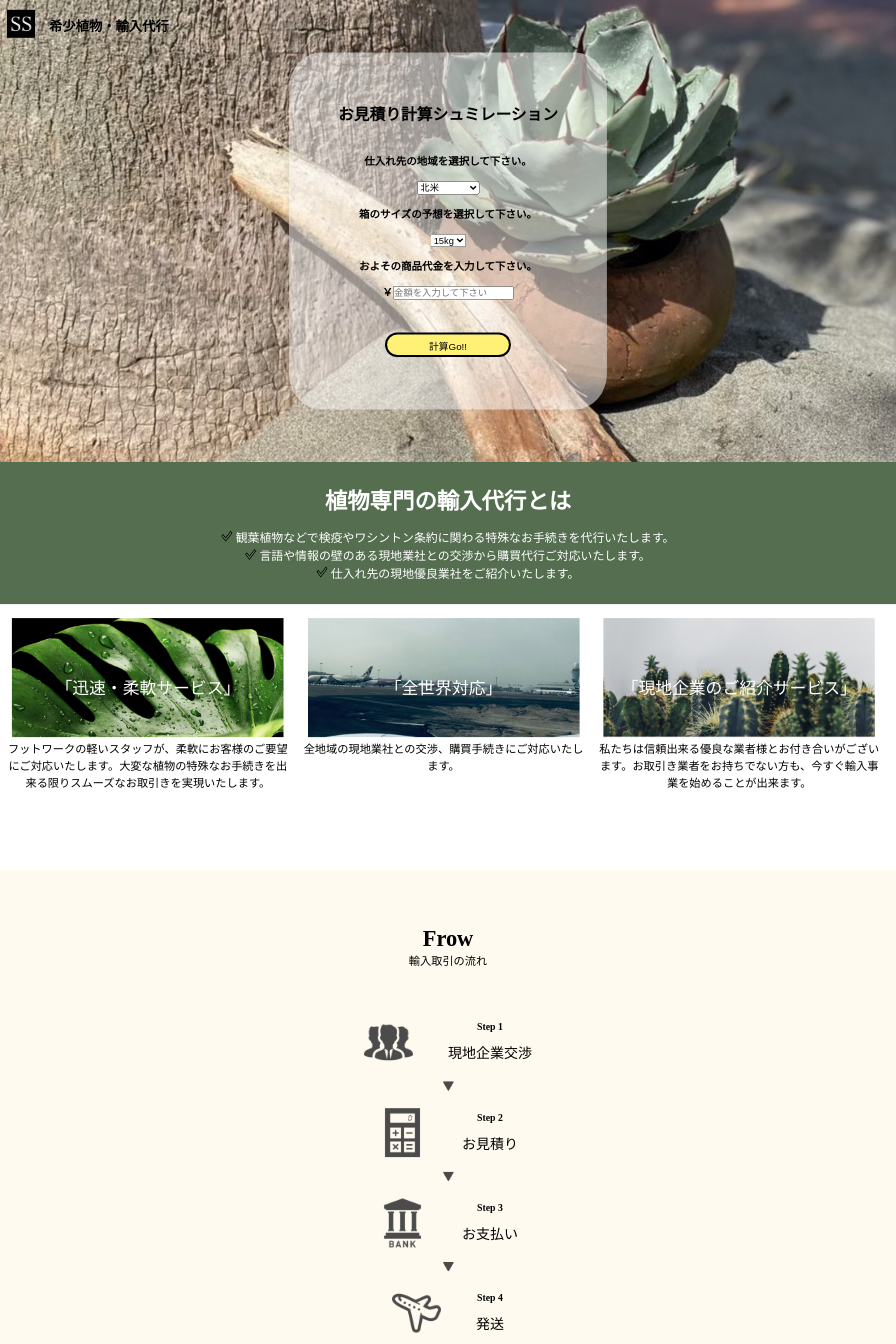
Repository: Seiya00002/seeds-surf-lp
Page: index.html
These files come from the project's save history. The page is drawn as it stood at one moment and after the next save; the edit follows.
The browser window is 1280 px wide. The pictures show the part of the page from y = 0 to 1920 px (the page is 4263 px tall before and 3603 px after), at 70% of full size.

Above is the page before, as saved 2023-07-19 08:26:50.

### index.html
<!DOCTYPE html>
<html lang="ja">
<head>
    <meta charset="UTF-8">
    <meta http-equiv="X-UA-Compatible" content="IE=edge">
    <meta name="viewport" content="width=device-width, initial-scale=1.0">
    <title>輸入代行SEEDS SURF</title>
    <link rel="stylesheet" href="css/style.css">
</head>
<body>
    <header>
        <div class="header_left">
            <img src="img/sslogo.jpg"
                alt="logo"
                width="40"
                height="40"
                class="logo">
            <h1>希少植物・輸入代行</h1>

        </div>
        <!-- <div class="header_right">
            <img src="img/tel_logo.png"
                alt="tel_logo"
                width="35"
                height="35"
                class="tel_logo">
            <div class="header_contact">
                <h2>090-3048-2693</h2>
                <p>（平日9:00 ~ 18:00）</p>
            </div>
        </div> -->
    </header>

    <main>
        <div class="top_wrapper">
            <div class="container">
                <div class="hero_message">
                    <div class="calculation-app">
                        <h2>お見積り計算シュミレーション</h2>

                            <p>仕入れ先の地域を選択して下さい。</p>
                            <form name="form1">
                                <select name="place">
                                    <option value="1.3">北米</option>
                                    <option value="1.2">ヨーロッパ</option>
                                    <option value="1">アジア</option>
                                </select>
                            </form>

                            <p>箱のサイズの予想を選択して下さい。</p>
                            <form name="form2">
                                <select name="box">
                                    <option value="18350">15kg</option>
                                    <option value="13350">10kg</option>
                                    <option value="8150">5kg</option>
                                </select>
                            </form>
                            <p>およその商品代金を入力して下さい。</p>
                            <label>￥</label><input
                            type="text"
                            id="price"
                            value=""
                            placeholder="金額を入力して下さい"
                            maxlength="7"
                            size="19"
                            ></label>

                            <br>
                            <br>
                            <div class="btn-box">
                                <button id="button">計算Go!!</button>
                            </div>
                    </div>
                </div>
            </div>
        </div>


        <!-- 見積り表 -->
    <div id="estimate_table" class="estimate_wrapper">
        <div class="container">
            <h3>予想お見積り表</h3>
            <table align="center" class="estimate">
                <tr>
                    <th>商品代金</th>
                    <td>¥<span id="span2"></span></td>
                </tr>
                <tr>
                    <th>検疫手数料</th>
                    <td>¥<span id="span3"></span></td>
                </tr>
                <tr>
                    <th>送料</th>
                    <td>¥<span id="span4"></span></td>
                </tr>
                <tr>
                    <th>弊社代行手数料</th>
                    <td>¥<span id="span5"></span></td>
                </tr>
                <tr>
                    <th>海外送金手数料</th>
                    <td>¥<span id="span6"></span></td>
                </tr>
                <tr>
                    <th>税金</th>
                    <td>¥<span id="span7"></span></td>
                </tr>
                <tr>
                  <th class="total">合計</th>
                  <th class="total">¥<span id="span1"></span></th>
              </tr>
            </table>
            <h4>詳しくは下記の「Cost」欄をご覧下さい。</h4>
        </div>
    </div>
        <div class="top_message">
            <div class="container">
                <div class="message">
                    <h1>植物専門の輸入代行とは</h1>
                    <p><img class="check" src="./img/check_icon.png"> 観葉植物などで検疫やワシントン条約に関わる特殊なお手続きを代行いたします。
                        <br><img class="check" src="./img/check_icon.png"> 言語や情報の壁のある現地業社との交渉から購買代行ご対応いたします。
                        <br><img class="check" src="./img/check_icon.png"> 仕入れ先の現地優良業社をご紹介いたします。
                    </p>

                </div>
            </div>
        </div>

        <div class="project_wrapper">
            <div class="container">
                <div class="projects">
                    <div class="project">
                        <div class="project_icon">
                            <img src="img/project_imag1.jpg">
                            <h2>「迅速・柔軟サービス」</h2>
                        </div>
                        <p class="text_contents">フットワークの軽いスタッフが、柔軟にお客様のご要望にご対応いたします。大変な植物の特殊なお手続きを出来る限りスムーズなお取引きを実現いたします。</p>

                    </div>
                    <div class="project">
                        <div class="project_icon">
                            <img src="img/pro_airport.jpg">
                            <h2>「全世界対応」</h2>
                        </div>
                        <p class="text_contents">全地域の現地業社との交渉、購買手続きにご対応いたします。</p>

                    </div>
                    <div class="project">
                        <div class="project_icon">
                            <img src="img/project_img3.jpg">
                            <h2>「現地企業のご紹介サービス」</h2>
                        </div>
                        <p class="text_contents">私たちは信頼出来る優良な業者様とお付き合いがございます。お取引き業者をお持ちでない方も、今すぐ輸入事業を始めることが出来ます。</p>
                    </div>
                        <div class="clear"></div>

                </div>
            </div>
        </div>
        <div class="service_wrapper">
            <div class="container">
                <div class="service_heading">
                    <h1>Frow</h1>
                    <p>輸入取引の流れ</p>
                </div>
                <div class="step">
                    <img src="img/person_img.png"
                    class="step_icon">
                    <div class="step_cont">
                        <h2>Step 1</h2>
                        <p>現地企業交渉</p>
                    </div>
                </div>
                <img src="img/down_img.png" class="step_icon2">

                <div class="step">
                    <img src="img/cal_img.png"
                    class="step_icon">
                    <div class="step_cont">
                        <h2>Step 2</h2>
                        <p>お見積り</p>
                    </div>
                </div>
                <img src="img/down_img.png" class="step_icon2">

                <div class="step">
                    <img src="img/bank_img.png"
                    class="step_icon">
                    <div class="step_cont">
                        <h2>Step 3</h2>
                        <p>お支払い</p>
                    </div>
                </div>
                <img src="img/down_img.png" class="step_icon2">
                <div class="step">
                    <img src="img/airp_imag.png"
                    class="step_icon">
                    <div class="step_cont">
                        <h2>Step 4</h2>
                        <p>発送</p>
                    </div>
                </div>
                <img src="img/down_img.png" class="step_icon2">
                <div class="step">
                    <img src="img/drivery_img.png"
                    class="step_icon">
                    <div class="step_cont">
                        <h2>Step 5</h2>
                        <p>お受取り</p>
                    </div>
                </div>
            </div>
        </div>

        <!-- スライドショー -->
        <div class="slide_wrapper">
            <div id="slide" class="slideshow">
                <p class="disc">SEEDS SURF</p>
                <a class="arrow next" id="right" href="#"></a>
                <a class="arrow back" id="left" href="#"></a>
            </div>
        </div>

        <div class="cost_wrapper">
            <div class="container">
                <div class="cost_heading">
                    <h1>Cost</h1>
                    <p>料金について</p>
                </div>
                <div class="cost_cont">
                    <div class="list01">
                        <p>商品代金</p>
                    </div>
                    <div class="list01">
                        <p>検疫手数料</p>
                    </div>
                    <div class="list01">
                        <p>輸送費用</p>
                    </div>
                    <div class="list02">
                        <p>税金</p>
                    </div>
                    <div class="list02">
                        <p>振込手数料</p>
                    </div>
                    <div class="list02">
                        <p>輸入代行手数料</p>
                    </div>
                    <!-- <div class="clear"></div> -->
                </div>
                <div class="cost_message">
                    <h1>総額を確認してから、ご依頼をお決めいただけます。</h1>
                    <p>SEEDS SURFでの過去の取引よりお見積り例をご案内できますので、まずはお気軽にご相談下さい。</p>
                </div>
            </div>
        </div>
        <div class="contact_wrapper">
            <div class="container">
                <h1>ご不明な点はありますか？</h1>
                <p>些細なことでも構いません。まずはお問い合わせください。</p>
                <a href="https://seeds-surf.com/%e3%81%8a%e5%95%8f%e3%81%84%e5%90%88%e3%82%8f%e3%81%9b/" class="btn contact">お問い合わせはこちら</a>
                <!-- <h2>TEL : 090-3048-2693</h2> -->
                <!-- <p>メールフォームよりお問い合わせ下さい。<br>営業時間：平日10：00〜19：00</p> -->
            </div>
        </div>
        <div class="company_wrapper">
            <div class="container">
                <h1>Company</h1>
                <p>会社概要</p>
                <table align="center" class="company">
                    <tr>
                        <th>会社名</th>
                        <td>SEEDS SURF（シーズサーフ）</td>
                    </tr>
                    <tr>
                        <th>所在地</th>
                        <td>〒156-0055 東京都世田谷区船橋2-5-7-211</td>
                    </tr>
                    <tr>
                        <th>電話番号</th>
                        <td>090-3048-2693</td>
                    </tr>
                    <tr>
                        <th>代表者</th>
                        <td>松本　聖矢</td>
                    </tr>
                    <tr>
                        <th>設立</th>
                        <td>2019年3月</td>
                    </tr>
                </table>
            </div>
        </div>


    </main>

    <footer>
        <div class="container">
                <img src="img/sslogo.jpg"
                    alt="logo"
                    width="40"
                    height="40"
                    class="logo">
                <h1>SEEDS SURF</h1>
                <p>〒156-0055 東京都世田谷区船橋2-5-7-211</p>
                <hr color="gray">
                <small>(c) SEEDS SURF All right reserved</small>
        </div>
    </footer>

    <script src="./app.js"></script>
</body>
</html>

### css/style.css
/* all */
*{
    box-sizing: border-box;
    margin: 0;
    padding: 0;
}

h1 {
    font-family: 'Times New Roman', Times, serif;

}

h2 ,h3 ,p {
    font-family: 'Hiragino Sans';

}
/* header */

header {
    height: 70px;
    display: flex;
    align-items: center;
    position: absolute;
}

.header_left {
    display: flex;
}

.header_right {
    display: flex;
    margin: 0 0 0 auto;
}

.logo {
    margin: 10px 10px;
}

.tel_logo {
    margin: 20px 10px;
}

header h1 {
    font-size: 19px;
    padding: 18px 10px;
}

header h2 {
    font-size: 21px;
    padding: 15px 10px 0 0;
}

header p {
    padding-bottom: 10px;
}
.container {
    text-align: center;
    width: 100%;
}

/* main */

/* top */
.top_wrapper {
    color: white;
    width: 100%;
    height: auto;
}

.hero_message {
    background-image: url(../img/cream-spike.jpg);
    background-size: cover;

    font-size: 15px;
    color: black;
    height: 660px;
    min-width:100%;
    font-weight: bold;
    display: flex;
    justify-content: center;
    align-items: center;
    line-height: 2.5em;
}

.calculation-app {
    background: rgb(255, 255, 255,0.5);
    padding: 70px;
    border-radius: 10%;
}

.hero_message h2 {
    padding-bottom: 30px;
}

.top_message {
    background-color: rgb(85, 110, 80);
    color: white;
    padding: 30px 0;
}

.top_message p {
    padding-top: 20px;
    font-size: 17px;
    line-height: 1.6rem;
}

.check {
    width: 16px;
    height: 16px;
}

/* project_wrapper */
.project_wrapper {
    margin-bottom: 80px;
}

.project {
    float: left;
    width: 33%;
    padding: 20px 10px 20px 10px;
    height: 300px;

}

.project_icon {
    position: relative;

}

.project_icon h2 {
    position: absolute;
    top: 80px;
    width: 100%;
    color: white;
    font-weight: normal;

}

/* 要修正 */

@media (max-width: 1000px) {
    .project {
        width: 50%;
    }
}

@media (max-width: 670px) {
    .project {
        width: 100%;
    }
}

.clear {
    clear: left;
}

/* service_wrapper */
.service_wrapper {
    background-color: #fffaf0;
    padding: 80px 0;
}

.service_heading {
padding-bottom: 50px;
}

.step {
    display: flex;
    justify-content: center;
    align-items: center;
    padding: 20px 0;

}

.step_cont {
    padding-left: 50px;
}

.step_icon {
    width: 70px;
    height: 70px;

}

.step_icon2 {
    width: 15px;
    height: 15px;

}

.step h2 {
    font-size: 14px;
}

.step p {
    font-size: 20px;
    padding-top: 13px;
}

/* cost_wrapper */
.cost_wrapper {
    padding: 80px 0;
}

.cost_cont {
    padding-top: 50px;
    width: 650px;
    margin: 0 auto;
    flex-wrap: wrap;
    display: flex;

}


.list01 {
    background-color: black;
    width: 180px;
    height: 50px;
    color: white;
    margin: 20px 15px;
    justify-content: center;
    padding-top: 12px;

}

.list02 {
    background-color: black;
    width: 180px;
    height: 50px;
    color: white;
    margin: 20px 15px;
    justify-content: center;
    padding-top: 12px;


}

@media (max-width: 670px) {
    .cost_cont h2 {
        width: 50%;
    }
}

/* contact_wrapper */
.contact_wrapper {
    background-image: url(../img/sky&office_img.jpeg);
    padding: 80px 0;
    background-size: cover;
    text-shadow: 6px 6px 10px white, -6px -6px 10px white;
    font-weight: 530;
}


.contact_wrapper p {
    padding:8px 0 35px 0;
}

.btn {
    width: 180px;
    height: 35px;
    padding: 13px;
    font-size: 14px;
    color: black;
    background-color:#fff176;
    border: black solid;
    border-radius: 24px;
    user-select: none;
    cursor: pointer;
    text-decoration: none;
}

.btn:hover {
    opacity: .7;
}

.contact_wrapper h2 {
    padding-top: 35px;
}

/* company_wrapper */
.company_wrapper {
    padding: 80px 0;
    background-color: #fffaf0;

}

.company_wrapper p {
    padding-bottom: 20px;
}

table.company {
    border-collapse: collapse;
    width: 600px;
    background-color: white;
    margin: auto;
}

th, td {
    border: solid 1px #333;
    padding: 20px;
}

.company th,td {
    text-align: left;
}


/* footer */

footer {
    background-color: rgb(85, 110, 80);
    color: black;
    padding-bottom: 10px;

}

footer h1 {
    font-size: 17px;
}

footer p {
    font-size: 12px;
    padding-bottom: 10px;
}
small {
    font-size: 7px;

}


/* slideshow 追加 */
.slide_wrapper{
    max-width: 1200px;
    height: 600px;
    margin: auto;
    text-align: center;
}
/*画像配置*/
.slideshow{
    max-width: 100%;
    height: 100%;
    background-image: url(../img/import-img1.jpg);
    background-repeat: no-repeat;
    background-size: cover;
    background-position: 0% 50%;/*左 中央のよせ*/
}
/*文字*/
.disc{
    margin: auto;
    text-align: center;
    font-size: 3em;
    color: #ffffff;
    font-weight: 800;
    padding-top:5%;
}
/*>*/
.next{
    float: right;
    top: 160px;
    right: 50px;
}
/*<*/
.back{
    float: left;
    top: 160px;
    bottom: 0px;
    left: 30px;
}
/*矢印のデザイン*/
.arrow{
    position: relative;
    display: inline-block;
    padding: 0 0 0 16px;
    color: #000;
    vertical-align: middle;
    text-decoration: none;
    font-size: 15px;
}
.arrow::before,
.arrow::after{
    position: absolute;
    top: 0;
    bottom: 0;
    left: 0;
    margin: auto;
    content: "";
    vertical-align: middle;
}

.next::before{
    left: 0px;
    width: 30px;
    height: 30px;
    border-top: 5px solid rgb(255, 255, 255);
    border-right: 5px solid rgb(255, 255, 255);
    -webkit-transform: rotate(45deg);
    transform: rotate(45deg);
}
.back::before{
    left: 0px;
    width: 30px;
    height: 30px;
    border-bottom: 5px solid rgb(255, 255, 255);
    border-left: 5px solid rgb(255, 255, 255);
    -webkit-transform: rotate(45deg);
    transform: rotate(45deg);
}
/* CSSアニメーションの指定 */
.slideshow{
    transition: background-image 1s ease-in;
}

/* 計算シュミレーション追加 */
.btn-box button {
    width: 180px;
    height: 35px;
    padding: 6px;
    font-size: 14px;
    color: black;
    background-color:#fff176;
    border: black solid;
    border-radius: 24px;
    user-select: none;
    cursor: pointer;
  }

  .btn-box button:hover {
    opacity: .7;
  }


/* 見積り表追加 */
.estimate_wrapper {
    display: none;
    background-color: #fffaf0;
    padding: 40px 0;
}
.estimate_wrapper h3 {
    padding-bottom: 20px;
}
.estimate_wrapper h4 {
    padding-top: 20px;
}

table.estimate {
    border-collapse: collapse;
    width: 450px;
    background-color: white;
    margin: auto;
}

.estimate th{
    padding: 15px 20px;
    text-align: center;
}

.estimate td{
    text-align: center;
}

th.total {
    background: rgb(224, 224, 224);
}

.estimate_wrapper.appear {
    display: block;
    animation: .5s fadeIn;
  }

  @keyframes fadeIn {
    0% {
      opacity: 0;
      transform: translateY(-10px);
    }
    100% {
      opacity: 1;
      transform: none;
    }
  }



/*
@media screen and (max-width:768px) {
  .slide-pic{
    height: 250px;
  }
    .disc{
        padding-top:5%;
    }
    .next{
        top: 30px;
    }
    .back{
        top: 30px;
    }
} */

Loaded but not shown: app.js (126 lines, source omitted)

After the next save:
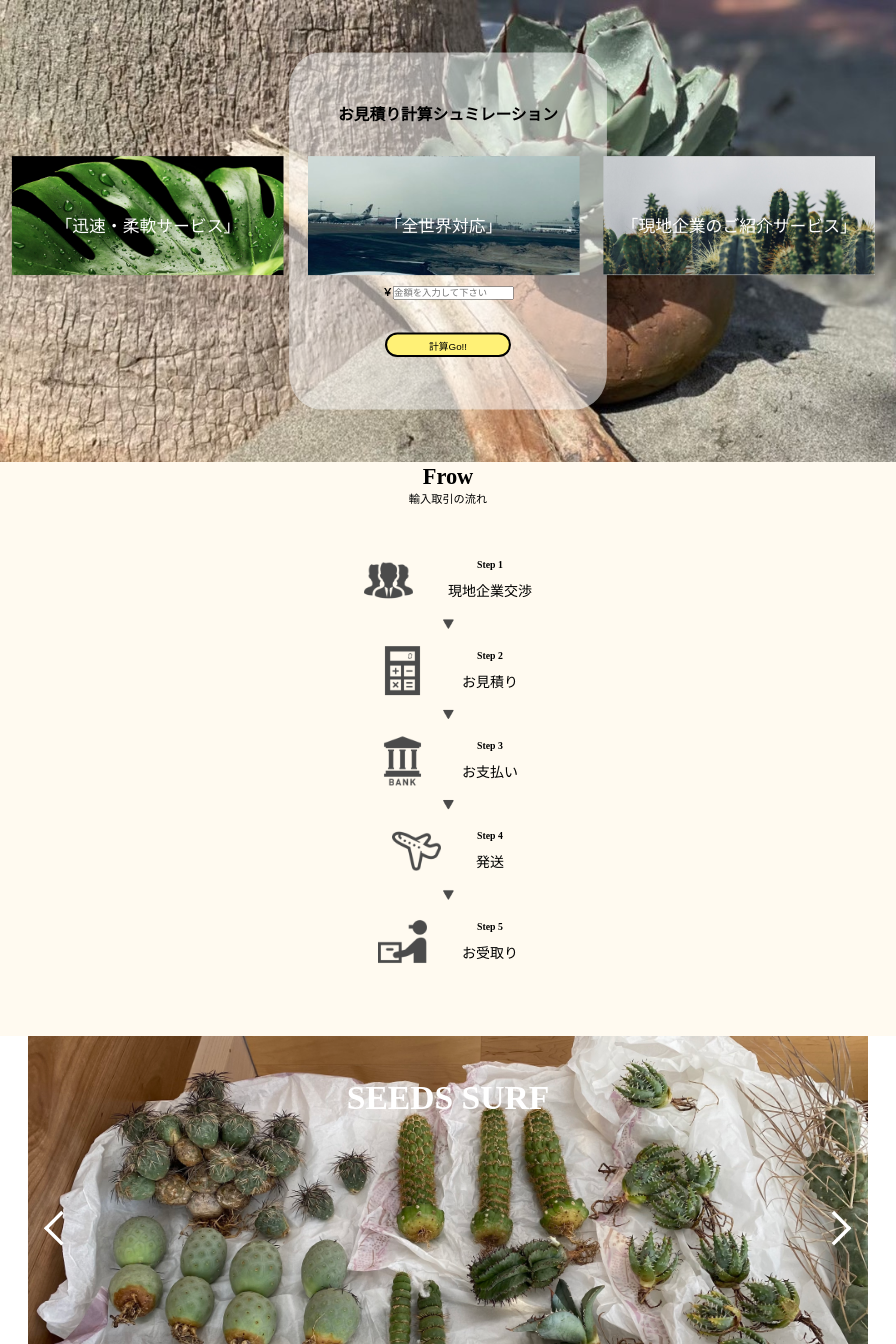
Saved 18 s later.
--- a/css/style.css
+++ b/css/style.css
@@ -65,9 +65,11 @@
     color: white;
     width: 100%;
     height: auto;
+    position: relative;
 }
 
 .hero_message {
+    position: absolute;
     background-image: url(../img/cream-spike.jpg);
     background-size: cover;
 

After the save that followed:
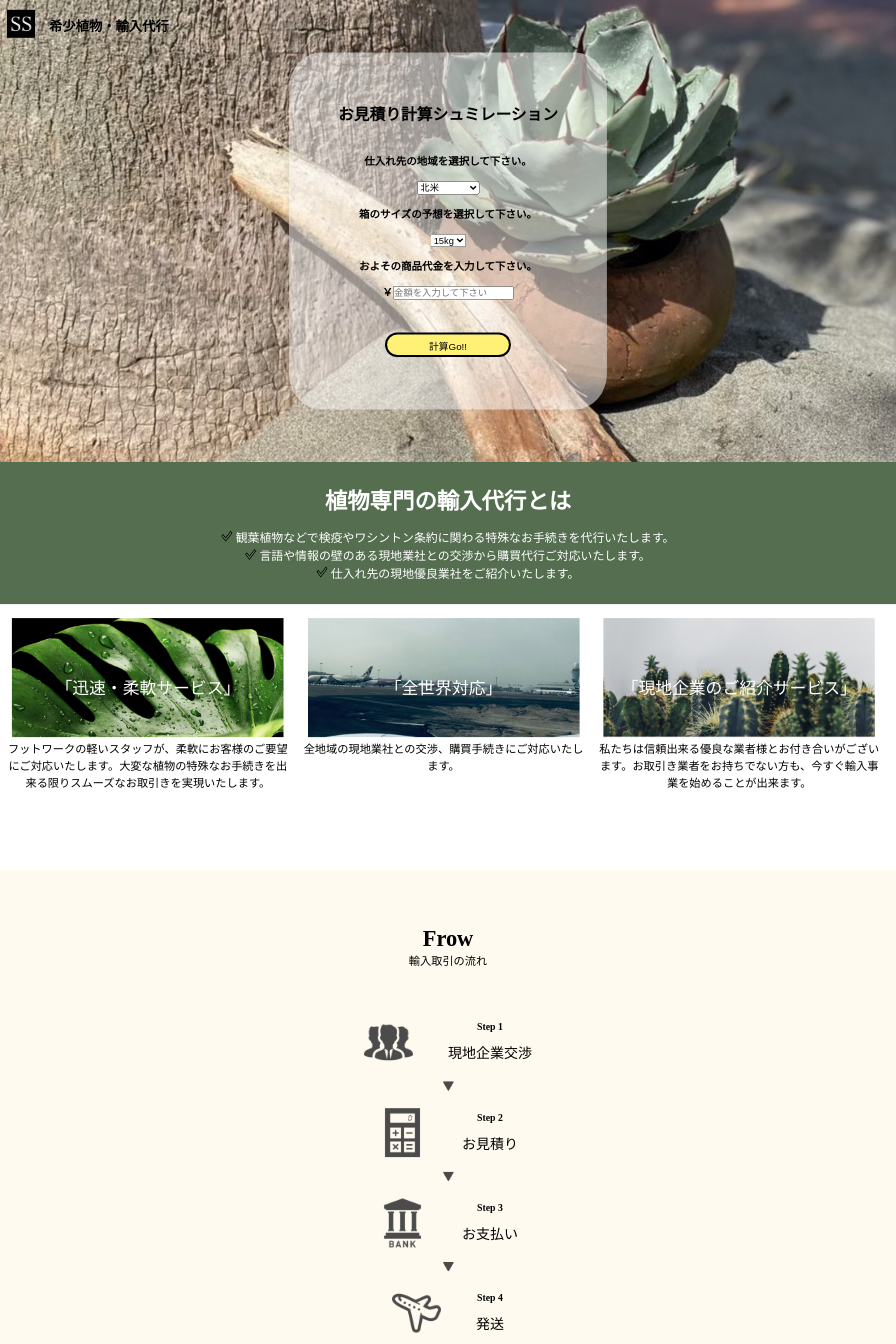
Saved 14 s later.
--- a/css/style.css
+++ b/css/style.css
@@ -65,11 +65,9 @@
     color: white;
     width: 100%;
     height: auto;
-    position: relative;
 }
 
 .hero_message {
-    position: absolute;
     background-image: url(../img/cream-spike.jpg);
     background-size: cover;
 
